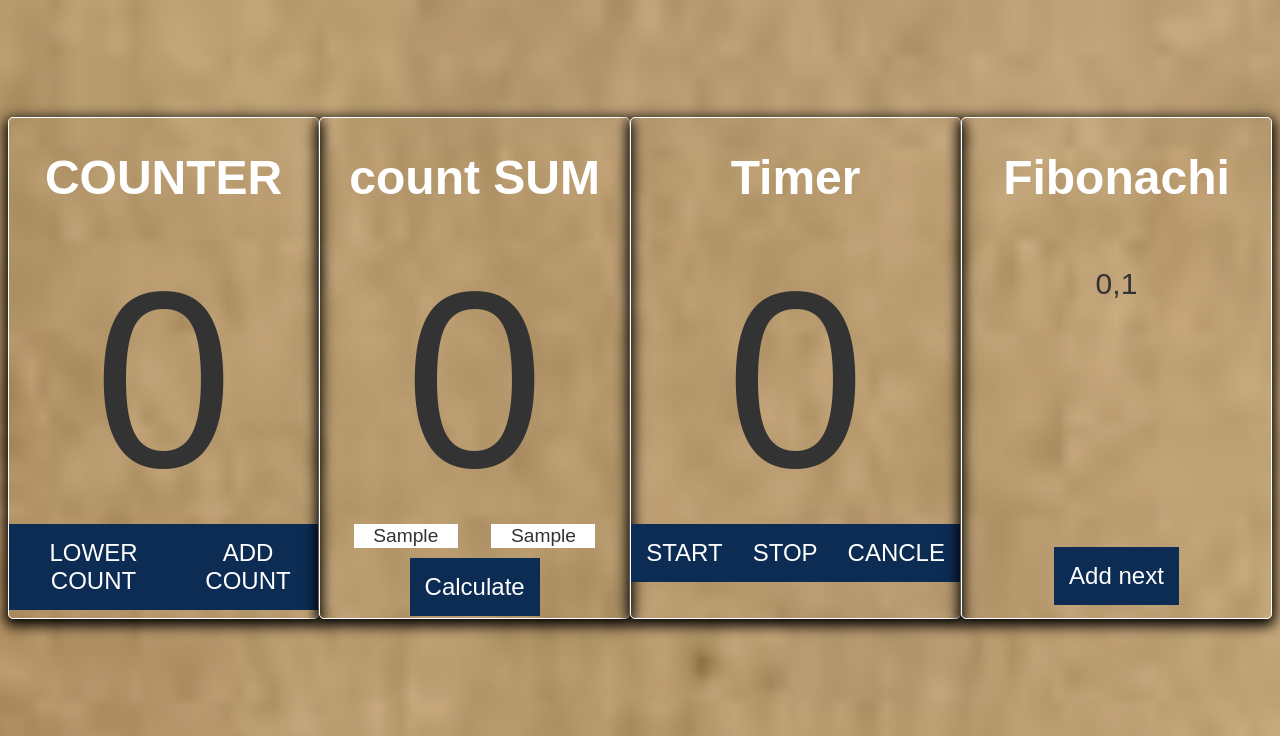
Repository: Hasmik-icml/counter
Page: index.html
An editor plug-in stored every save of this project. The page is shown before and after the next save, followed by the edit.
The browser window is 1280 px wide. The pictures show the whole page.
Empty fields were first filled with sample values (such as "Sample", 5 or name@example.com).
After loading, the first visible `div.fibonachiButtons` was clicked once.

Above is the page before, as saved 2022-02-14 23:39:49.

After the next save:
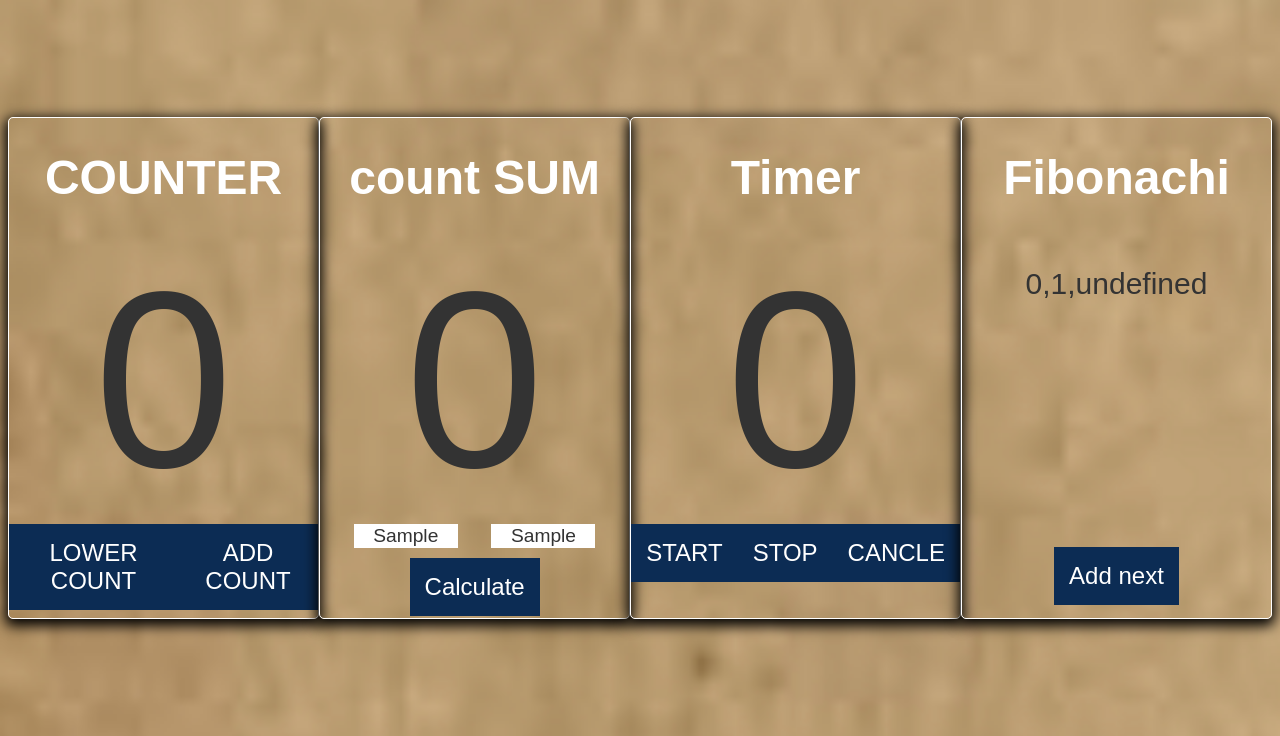
Saved 5 s later.
--- a/index.js
+++ b/index.js
@@ -72,7 +72,7 @@ document.querySelector(".fibonachiButtons").addEventListener("click", function (
     fib();
 
     function fib() {
-
+        document.querySelector(".resultFibonachi").innerHTML += "," + fibonachiNumbers[next]
         fibonachiNumbers.push(fibonachiNumbers[fibonachiNumbers.length - 1] + fibonachiNumbers[fibonachiNumbers.length - 2]);
 
     }
